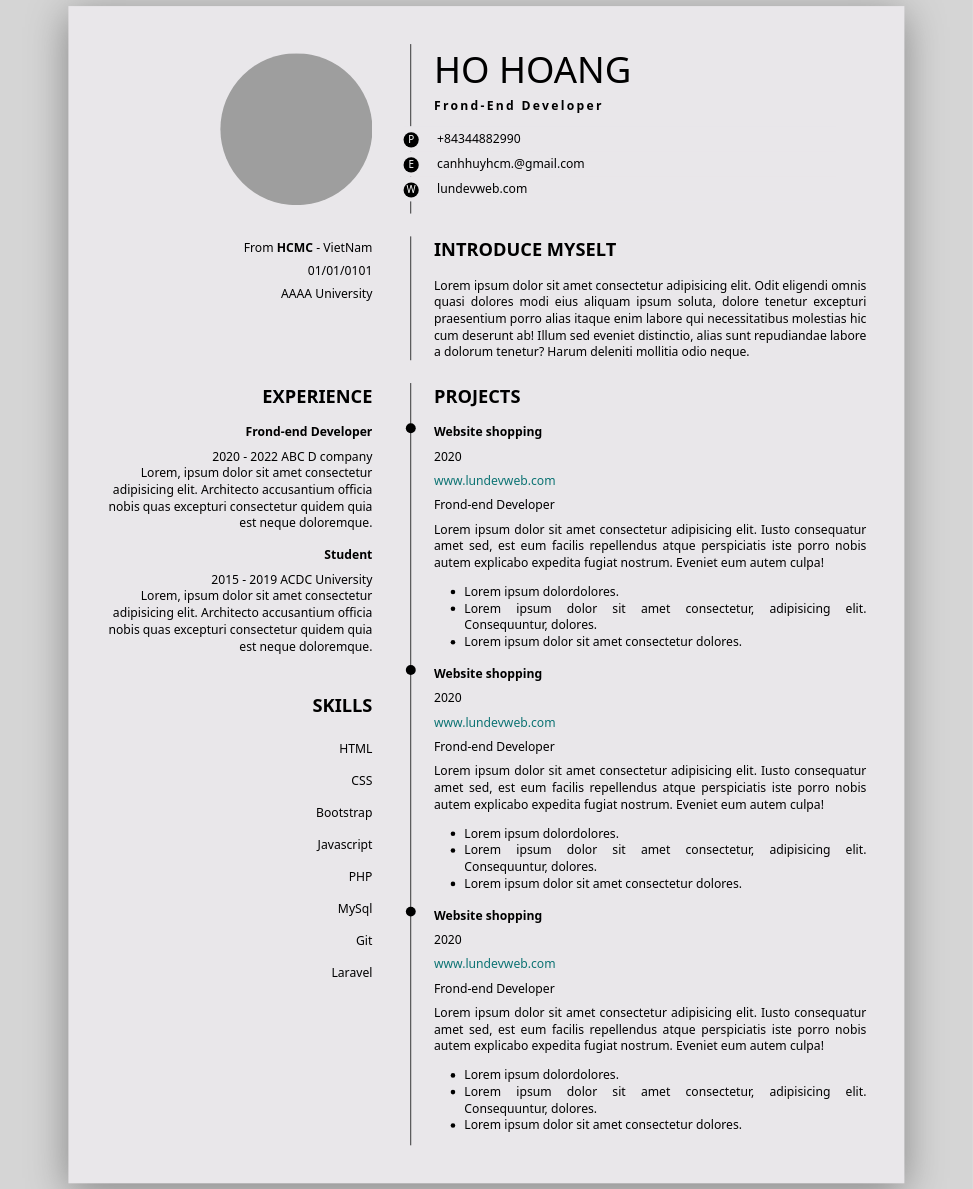
Repository: huycodedie/cv-intern
Page: index.html
An editor plug-in stored every save of this project. The page is shown before and after the next save, followed by the edit.
The browser window is 1280 px wide. The pictures show the whole page, at 76% of full size.
Pictures or frames that could not be fetched are drawn as grey boxes.

Above is the page before, as saved 2025-07-05 23:00:10.

### index.html

    <!DOCTYPE html>
    <html lang="en">
    <head>
        <meta charset="UTF-8">
        <meta http-equiv="X-UA-Compatible" content="IE=edge">
        <meta name="viewport" content="width=device-width, initial-scale=1.0">
        <title>Document</title>
        <link rel="stylesheet" href="style.css">
        <link rel="stylesheet" href="https://cdnjs.cloudflare.com/ajax/libs/font-awesome/6.2.1/css/all.min.css">
    </head>
    <body>
        <div class="container">
           <div class="avatar">
            <img src="https://i.pinimg.com/564x/eb/57/6f/eb576ff023487bcb1fa3ad61ee7b23ee.jpg" alt="">
           </div>
           <div class="name">
                <h1>HO HOANG</h1>
                <div class="specialize">Frond-End Developer</div>
                <ul class="contact">
                    <li>
                        <span>P</span> +84344882990
                    </li>
                    <li>
                        <span>E</span> canhhuyhcm.@gmail.com
                    </li>
                    <li>
                        <span>W</span> lundevweb.com
                    </li>
                </ul>
           </div>
           <div class="info">
                <ul>
                    <li>From <b>HCMC</b> - VietNam</li>
                    <li>01/01/0101</li>
                    <li>AAAA University</li>
                </ul>
           </div>
           <div class="intro">
            <h2>INTRODUCE MYSELT</h2>
            Lorem ipsum dolor sit amet consectetur adipisicing elit. Odit eligendi omnis quasi dolores modi eius aliquam ipsum soluta, dolore tenetur excepturi praesentium porro alias itaque enim labore qui necessitatibus molestias hic cum deserunt ab! Illum sed eveniet distinctio, alias sunt repudiandae labore a dolorum tenetur? Harum deleniti mollitia odio neque.
           </div>
           <div class="experience">
            <h2>EXPERIENCE</h2>

            <div class="item">
                <h4>Frond-end Developer</h4>
                <div class="time">
                   <span>2020 - 2022</span>
                   <span>ABC D company</span>
                </div>
                <div class="des">
                    Lorem, ipsum dolor sit amet consectetur adipisicing elit. Architecto accusantium officia nobis quas excepturi consectetur quidem quia est neque doloremque.
                </div>
            </div>

                <div class="item">
                    <h4>Student</h4>
                    <div class="time">
                       <span>2015 - 2019</span>
                       <span>ACDC University</span>
                    </div>
                    <div class="des">
                        Lorem, ipsum dolor sit amet consectetur adipisicing elit. Architecto accusantium officia nobis quas excepturi consectetur quidem quia est neque doloremque.
                    </div>
                </div>
                <h2 class="skills">
                    SKILLS
                </h2>
                <ul>
                    <li>HTML</li>
                    <li>CSS</li>
                    <li>Bootstrap</li>
                    <li>Javascript</li>
                    <li>PHP</li>
                    <li>MySql</li>
                    <li>Git</li>
                    <li>Laravel</li>
                </ul>

           </div>
           <div class="project">
            <h2>PROJECTS</h2>
            <div class="item">
                <h4>Website shopping</h4>
                <div class="time">
                    2020
                </div>
                <div class="web">
                    www.lundevweb.com
                </div>
                <div class="location">
                    Frond-end Developer
                </div>
                <div class="des">
                    Lorem ipsum dolor sit amet consectetur adipisicing elit. Iusto consequatur amet sed, est eum facilis repellendus
                    atque perspiciatis iste porro nobis autem explicabo expedita fugiat nostrum. Eveniet eum autem culpa!
                    <ul>
                        <li>Lorem ipsum dolordolores.</li>
                        <li>Lorem ipsum dolor sit amet consectetur, adipisicing elit. Consequuntur, dolores.</li>
                        <li>Lorem ipsum dolor sit amet consectetur dolores.</li>
                    </ul>
                </div>
            </div>

            <div class="item">
                <h4>Website shopping</h4>
                <div class="time">
                    2020
                </div>
                <div class="web">
                    www.lundevweb.com
                </div>
                <div class="location">
                    Frond-end Developer
                </div>
                <div class="des">
                    Lorem ipsum dolor sit amet consectetur adipisicing elit. Iusto consequatur amet sed, est eum facilis repellendus
                    atque perspiciatis iste porro nobis autem explicabo expedita fugiat nostrum. Eveniet eum autem culpa!
                    <ul>
                        <li>Lorem ipsum dolordolores.</li>
                        <li>Lorem ipsum dolor sit amet consectetur, adipisicing elit. Consequuntur, dolores.</li>
                        <li>Lorem ipsum dolor sit amet consectetur dolores.</li>
                    </ul>
                </div>
            </div>

            <div class="item">
                <h4>Website shopping</h4>
                <div class="time">
                    2020
                </div>
                <div class="web">
                    www.lundevweb.com
                </div>
                <div class="location">
                    Frond-end Developer
                </div>
                <div class="des">
                    Lorem ipsum dolor sit amet consectetur adipisicing elit. Iusto consequatur amet sed, est eum facilis repellendus
                    atque perspiciatis iste porro nobis autem explicabo expedita fugiat nostrum. Eveniet eum autem culpa!
                    <ul>
                        <li>Lorem ipsum dolordolores.</li>
                        <li>Lorem ipsum dolor sit amet consectetur, adipisicing elit. Consequuntur, dolores.</li>
                        <li>Lorem ipsum dolor sit amet consectetur dolores.</li>
                    </ul>
                </div>
            </div>
           </div>
        </div>

    </body>
    </html>

### style.css

    body{
        background-color: #D5D5D5;
        font-family: system-ui;
    }
    .container{
        background-color: #E9E7EA;
        width:1000px;
        max-width: 100%;
        margin:auto;
        padding:50px;
        box-shadow: 0 10px 50px #858585;
        display: grid;
       grid-template-columns: 35% 60%;
       column-gap: 5%;
       row-gap: 30px;
    }

    .avatar img{
        width:200px;
        height:200px;
        object-fit: cover;
        border-radius: 50%;
    }
    .avatar{
        display: flex;
        justify-content: end;
        align-items: center;
    }
    .name{
        padding-left: 30px;
        border-left:1px solid #000;
    }
    .name h1{
        font-weight: 300;
        font-size: xxx-large;
        margin:0px 0 5px ;
    }
    .name .specialize{
        margin:0;
        font-weight: bold;
        letter-spacing: 3px;
    }
    .name .contact{
        padding:0;
        list-style: none;
    }
    .name .contact span{
        display: inline-block;
        background-color: #000;
        width:20px;
        height:20px;
        color:#fff;
        text-align: center;
        border-radius: 50%;
        font-size: small;
        margin-right: 20px;
    }
    .name .contact li{
        padding:5px 0;
        transform: translate(-40px);
        background-color: #E9E7EA;
    }
    .info ul{
        padding: 0;
        margin: 0;
        list-style: none;
        text-align: right;
        line-height: 30px;
    }

    h2{
        padding:0;
        margin: 0 0 20px 0;
    }
    .intro{
        padding-left: 30px;
        border-left: 1px solid #000;
        text-align: justify;
    }
    .experience{
        text-align: right;
    }
    .experience h4{
        margin:20px 0 10px;
    }
    .skills{
        margin-top:  50px;
    }
    .experience ul{
        padding:0;
        margin: 0;
    list-style: none;
    }
    .experience li{
        padding:10px 0;
    }
    .project{
        padding-left: 30px;
        text-align: justify;
        border-left: 1px solid #000;
    }
    .project h4{
        margin:20px 0 10px;
    }
    .project .web{
        color: #0c7373;
        padding:10px 0;
    }
    .project .location{
        font-weight: 500;
        padding-bottom:10px;
    }
    .project .item{
        position: relative;
    }
    .project .item::before{
        position: absolute;
        width:13px;
        height: 13px;
        background-color: #000;
        content: '';
        border-radius: 50%;
        left: -37px;
    }

After the next save:
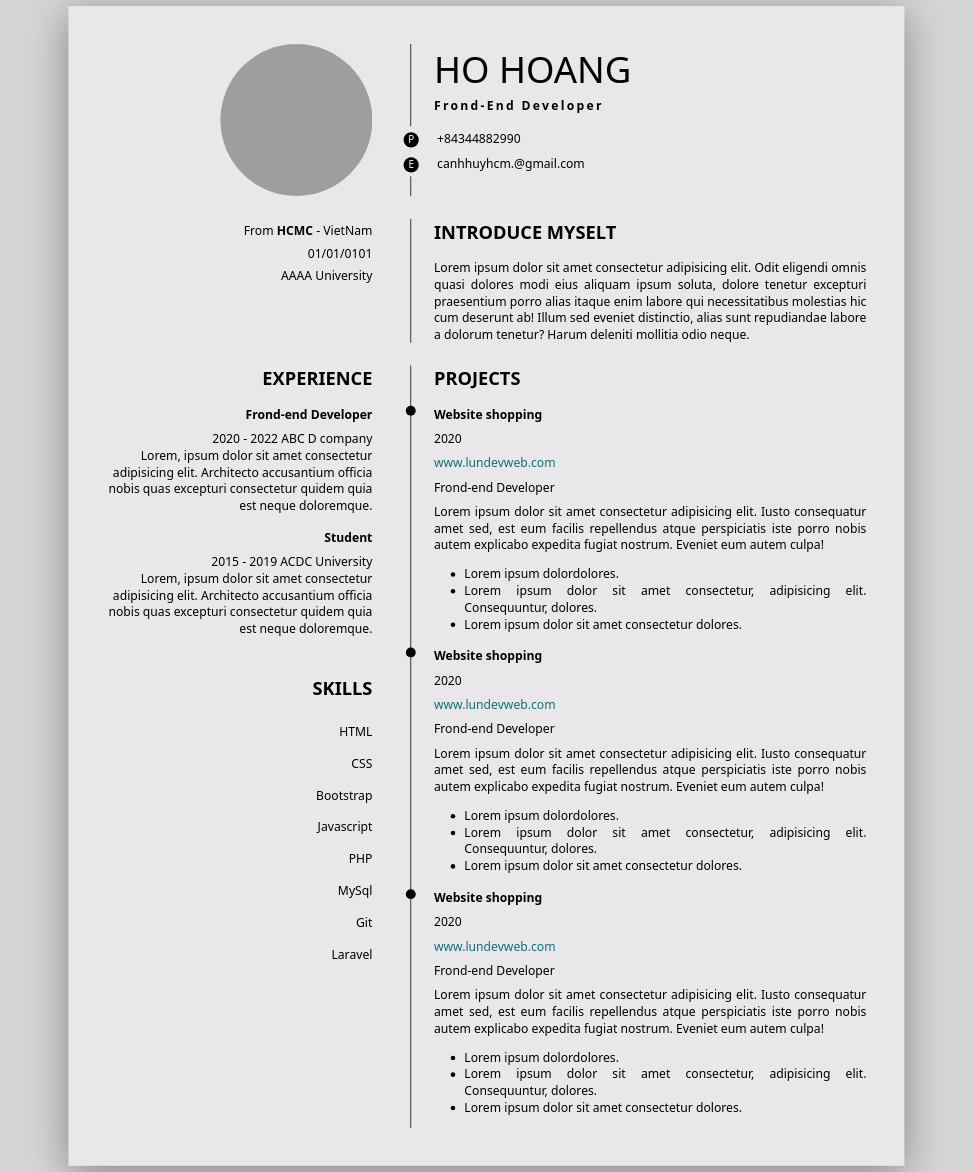
Saved 29 s later.
--- a/index.html
+++ b/index.html
@@ -23,9 +23,6 @@
                     </li>
                     <li>
                         <span>E</span> canhhuyhcm.@gmail.com
-                    </li>
-                    <li>
-                        <span>W</span> lundevweb.com
                     </li>
                 </ul>
            </div>
